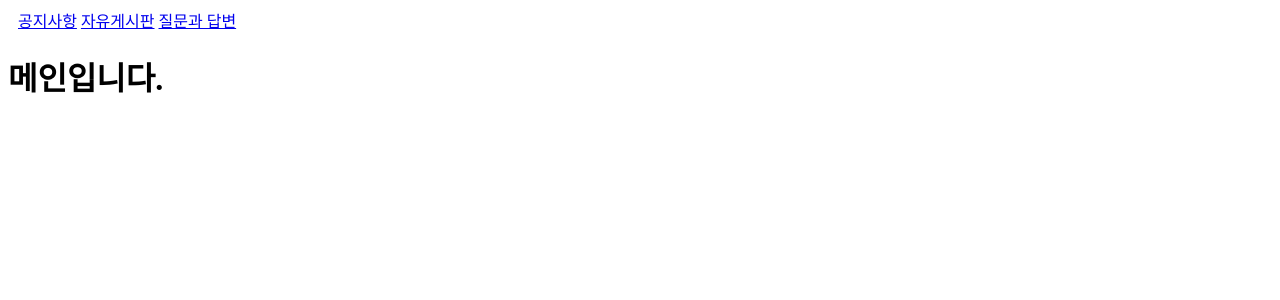
Repository: shingiyeon/jsp
Page: http://localhost/Article_DB_project/jsp/index.jsp
The author's editor kept a copy of each file at every save. The page is drawn from the files as they stood at one save, then again after the next save.
The browser window is 1280 px wide. The pictures show the whole page.
The page is served by Tomcat 9. Other server files are loaded and not shown.

Above is the page before, as saved 2019-05-25 06:30:44.

### workspace/Article_DB_project/WebContent/jsp/index.jsp
<%@ page language="java" contentType="text/html; charset=UTF-8"
    pageEncoding="UTF-8"%>
<!DOCTYPE html>
<html>
<head>
<meta charset="UTF-8">
<title>Insert title here</title>
<style>
	header {
		margin: 0 10px;
	}
</style>
</head>
<body>
	<header>
		<a href="./notice.jsp">공지사항</a>
		<a href="./board.jsp">자유게시판</a>
		<a href="./QnA.jsp">질문과 답변</a>
	</header>
	<body>
		<h1>메인입니다.</h1>
	</body>
</body>
</html>

After the next save:
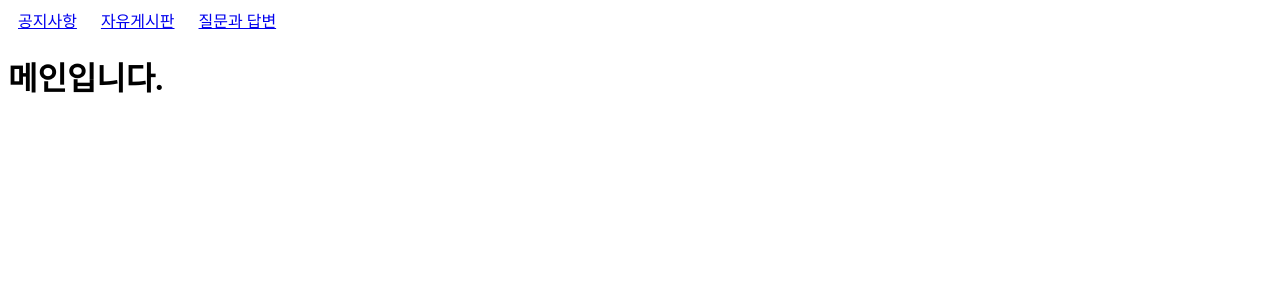
Saved 27 s later.
--- a/workspace/Article_DB_project/WebContent/jsp/index.jsp
+++ b/workspace/Article_DB_project/WebContent/jsp/index.jsp
@@ -4,9 +4,9 @@
 <html>
 <head>
 <meta charset="UTF-8">
-<title>Insert title here</title>
+<title>메인입니다.</title>
 <style>
-	header {
+	header > a {
 		margin: 0 10px;
 	}
 </style>
